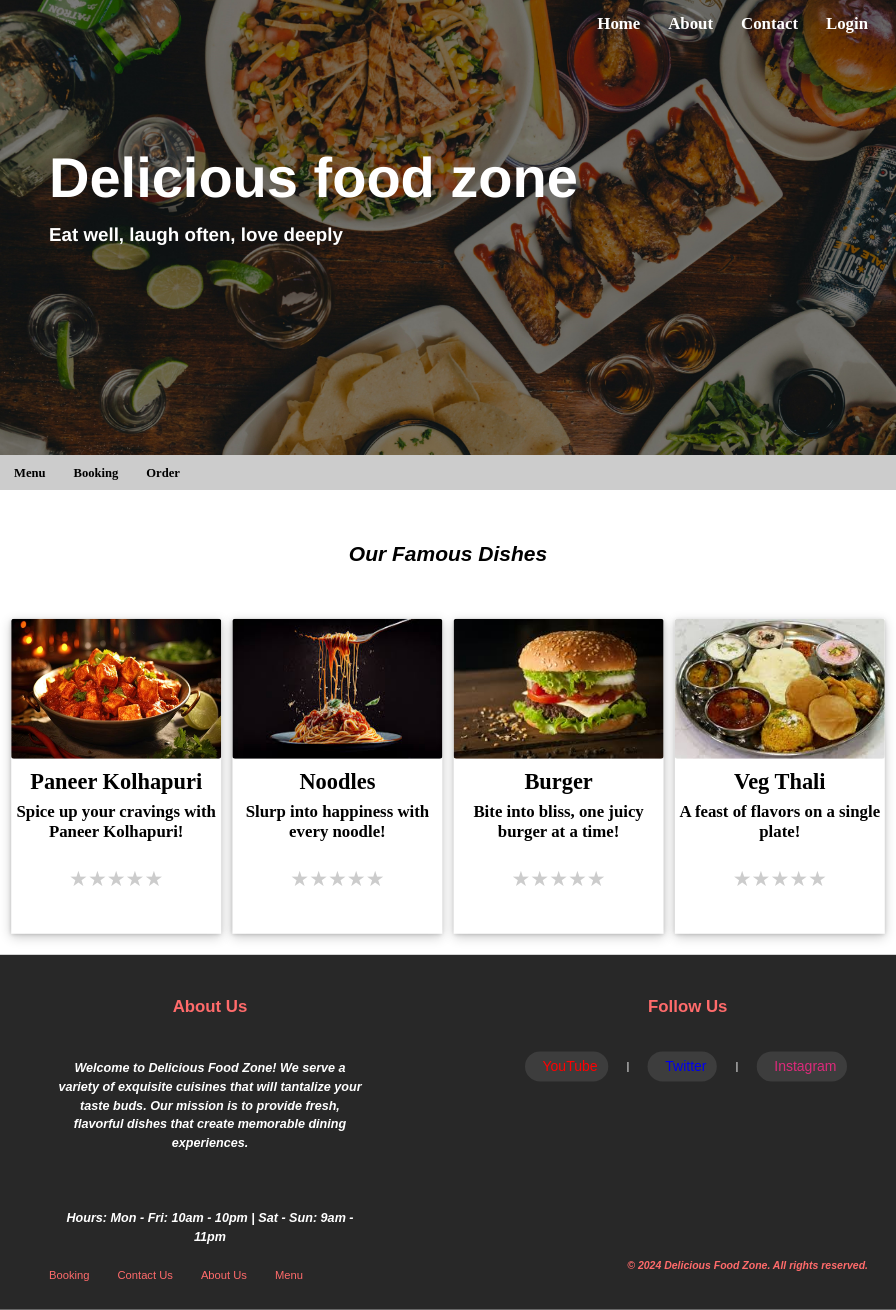
Repository: Shreya-Bonde/Restaurant-management-system
Page: index.html
These files come from the project's save history. The page is drawn as it stood at one moment and after a run of saves; the edit follows.
The browser window is 1280 px wide. The pictures show the whole page, at 70% of full size.

Above is the page before, as saved 2024-10-18 12:10:53.

### index.html
<!DOCTYPE html>
<html lang="en">
<head>
    <meta charset="UTF-8">
    <meta name="viewport" content="width=device-width, initial-scale=1.0">
    <title>Document</title>
    <link rel="stylesheet" href="style.css">
    <link rel="stylesheet" href="script.js">
</head>
<body>
    <header>
        <div class="banner-container">
                <nav class="navbar">
                    <ul>
                        <li><a href="#home">Home</a></li>
                        <li><a href="/about.html">About</a></li>
                        <li><a href="/contact.html">Contact</a></li>
                        <li><a href="/login.html">Login</a></li>
                        <!-- <li><a href="#">Sign up</a></li> -->
                    </ul>
                </nav>
                <div class="centered-text">
                    <h1>Delicious food zone</h1>
                    <h6>Eat well, laugh often, love deeply</h6>
                </div>
         </div>
         <div class="nav-bar">
            <nav>
                <a class="menu-btn" href="#famous-dishes" id="menu-link">Menu</a>
                <a class="menu-btn" href="/booking.html">Booking</a>
                <a class="menu-btn" href="order.html">Order</a>
            </nav>
         </div>
    </header>
        <p>Our Famous Dishes</p>
        <div id="famous-dishes" class="Flex">
            <div class="flex-item fitem1">
            <a href="/panner.html">
                <img src="paneer kolhapuri.jpg" alt="Paneer Kolhapuri">
                <h1>Paneer Kolhapuri</h1>
                <h2>Spice up your cravings with Paneer Kolhapuri!</h2>
            </a>
                <div class="rating">
                    <span class="star" data-value="5">&#9733;</span>
                    <span class="star" data-value="4">&#9733;</span>
                    <span class="star" data-value="3">&#9733;</span>
                    <span class="star" data-value="2">&#9733;</span>
                    <span class="star" data-value="1">&#9733;</span>
                </div>
            </div>
            <div class="flex-item fitem2">
            <a href="/noodles.html">
                <img src="noodles1.jpg" alt="Noodles">
                <h1>Noodles</h1>
                <h2>Slurp into happiness with every noodle!</h2>
            </a>
                <div class="rating">
                    <span class="star" data-value="5">&#9733;</span>
                    <span class="star" data-value="4">&#9733;</span>
                    <span class="star" data-value="3">&#9733;</span>
                    <span class="star" data-value="2">&#9733;</span>
                    <span class="star" data-value="1">&#9733;</span>
                </div>
            </div>
            <div class="flex-item fitem3">
            <a href="/burger.html">
                <img src="burger.jpg" alt="Burger">
                <h1>Burger</h1>
                <h2>Bite into bliss, one juicy burger at a time!</h2>
            </a>
                <div class="rating">
                    <span class="star" data-value="5">&#9733;</span>
                    <span class="star" data-value="4">&#9733;</span>
                    <span class="star" data-value="3">&#9733;</span>
                    <span class="star" data-value="2">&#9733;</span>
                    <span class="star" data-value="1">&#9733;</span>
                </div>
            </div>
            <div class="flex-item fitem4">
            <a href="/veg.html">
                <img src="veg thali.jpg" alt="veg thali">
                <h1>Veg Thali</h1>
                <h2>A feast of flavors on a single plate!</h2>
            </a>
                <div class="rating">
                    <span class="star" data-value="5">&#9733;</span>
                    <span class="star" data-value="4">&#9733;</span>
                    <span class="star" data-value="3">&#9733;</span>
                    <span class="star" data-value="2">&#9733;</span>
                    <span class="star" data-value="1">&#9733;</span>
                </div>
            </div>
        </div>


    <footer class="footer">
        <div class="footer-container">
            <div class="footer-about">
                <h2>About Us</h2>
                <p>
                    Welcome to Delicious Food Zone! We serve a variety of exquisite cuisines that will tantalize your taste buds. Our mission is to provide fresh, flavorful dishes that create memorable dining experiences.
                </p>
                <p>Hours: Mon - Fri: 10am - 10pm | Sat - Sun: 9am - 11pm</p>
            </div>



            <div class="footer-social">
                <h2>Follow Us</h2>
                <div class="social-icons">
                    <a href="https://www.facebook.com/yourrestaurant" target="_blank" aria-label="Facebook"><i class="fab fa-facebook-f"></i></a>
                    <a href="https://twitter.com/yourrestaurant" target="_blank" aria-label="Twitter"><i class="fab fa-twitter"></i></a>
                    <a href="https://www.instagram.com/yourrestaurant" target="_blank" aria-label="Instagram"><i class="fab fa-instagram"></i></a>
                    <a href="https://www.tripadvisor.com/Restaurant_Review-g1234567-d12345678-Your_Restaurant_Name" target="_blank" aria-label="TripAdvisor"><i class="fab fa-tripadvisor"></i></a>
                </div>

                <div class="sm-handle">
                    <a href="http://www.youtube.com/amandhattarwal" target="_blank" class="yt_handle"
                     rel="noopener noreferrer"> <i class="fa fa-youtube fa-lg yt_handle"></i>YouTube</a>&nbsp;&nbsp;|&nbsp;&nbsp;
                <a href="http://www.linkedin.com/in/dhatterwalaman" target="_blank" class="linkedin_handle"
                rel="noopener noreferrer"> <i class="fa fa-linkedin fa-lg linkedin_handle"></i>Twitter</a>&nbsp;&nbsp;|&nbsp;&nbsp;
                <a href="http://www.instagram.com/dhattarwalaman" target="_blank" class="insta_handle"
                 rel="noopener noreferrer"> <i class="fa fa-instagram fa-lg insta_handle"></i>Instagram</a>

                </div>
            </div>

            <div class="footer-bottom">
                <p>&copy; 2024 Delicious Food Zone. All rights reserved.</p>
            </div>

            <div class="footer-links">
                <a href="#famous-dishes">Menu</a>
                 <a href="about.html">About Us</a>
                 <a href="contact.html">Contact Us</a>
                 <a href="booking.html">Booking</a>
            </div>
        </div>



    </footer>
    <script src="script1.js"></script>
</body>
</html>

### style.css
* {
    box-sizing: border-box;
    margin: 0;
    padding: 0;
}
.banner-container {
    background-image: url(background1.jpg);
    background-repeat: no-repeat;
    background-size: cover;
    position: relative;
    width: 100%;
    height: 650px;
}
.navbar {
    position: absolute;
    top: 0;
    right: 0;
    padding: 20px;
}
.centered-text {
    position: absolute;
    top: 30%;
    left: 70px;
    color: white;
    line-height: 1.5;
    font-weight: bold;
    font-size: 2.5rem;
    font-family: 'Franklin Gothic Medium', 'Arial Narrow', Arial, sans-serif;
}
h6 {
    justify-content: center;
    margin-bottom: 20px;
}
nav ul {
    list-style-type: none;
    margin: 0;
    padding: 0;
    display: flex;
    justify-content: right;
    font-size: 1.5rem;
}
nav ul li {
    margin: 0 20px;
}
nav ul li a {
    color: white;
    text-decoration: none;
    font-weight: bold;
}
nav ul li a:hover {
    text-decoration: underline;
}
.nav-bar {
    display: flex;
    background-color: #cccccc;
    height: 50px;
    background-attachment: fixed;
}
.menu-btn {
    display: block;
    float: left;
    color: black;
    text-align: center;
    text-decoration: none;
    padding: 15px 20px;
    position: sticky;
    font-weight: bold;
    font-size: large;
}
.menu-btn:hover {
    background-color: #ddd;
    color: black;
}
.Flex {
    width: 100%;
    display: flex;
    flex-wrap: wrap;
    box-sizing: gray;
    align-items: center;
    justify-content: space-evenly;
}
.flex-item {
    box-shadow: 0 2px 6px 0 rgba(0,0,0,0.2), 0 4px 16px 0 rgba(0,0,0,0.2);
    margin: 0;
    padding: 0;
}
.flex-item img {
 width: 100%;
 object-fit: fill;
}
.flex-item {
    margin-top: 20px;
    margin-bottom: 30px;
    display: inline-block;
    background-color: white;
    width: 300px;
    height: 450px;
    text-align: center;
}
.flex-item:hover {
    transform: scale(1.05);
}
img {
    width: 100%;
    height: 200px;
    object-fit: fill;
    border-radius: 4px;
}
p {
    text-align: center;
    font-size: 30px;
    font-weight: bold;
    font-style: oblique;
    font-family: Arial, Helvetica, sans-serif;
    padding: 50px 20px 30px;
    text-decoration: none;
    margin-top: 25px;
    margin-bottom: 25px;
}
.flex-item h2 {
    line-height: 1.2;
}
.flex-item h1 {
    padding-top: 10px;
    padding-bottom: 10px;
}

.flex-item a {
    text-decoration: none;
    color: inherit; /* Keep the text color same as parent */
    display: block; /* Make the entire flex item block clickable */
}

.flex-item a:hover {
    color: inherit; /* Ensure hover doesn't change the text color */
}

.flex-item:hover {
    transform: scale(1.05);
}


/* Star rating styles */
.rating {
    display: flex;
    justify-content: center;
    margin-top: 35px;
}

.rating .star {
    font-size: 30px;
    cursor: pointer;
    color: #ccc; /* Default star color */
    transition: color 0.2s ease;
}

.rating .star:hover,
.rating .star.active {
    color: #ffcc00; /* Star color on hover and when active */
}

/* "selected" stars keep the color yellow even after hover */
.rating .star.selected {
    color: #ffcc00; /* Permanent yellow color after selection */
}


footer {
    background-color: #282828;
    color: #fff;
    padding: 40px 20px;
    text-align: center;
    font-family: 'Arial', sans-serif;
}

.footer-container {
    display: flex;
    position: relative;
    justify-content: space-between;
    flex-wrap: wrap;
    max-width: 1200px;
    margin: 0 auto;
    padding: 20px;
}

.footer-about,
.footer-links,
.footer-social {
    flex: 1;
    min-width: 250px;
}

.footer-about h2,
.footer-links h2,
.footer-social h2 {
    color: #ff6b6b;
    margin-bottom: 10px;
}

.footer-about p {
    text-decoration: none;
    line-height: 1.5;
    font-size: 18px;
    margin: 0;
}
.footer-links {
    position: absolute;
    bottom: 0;
    left: 10px;
    margin-top: 0px; /* Add some space above the links */
    padding-left: 0;
}

.footer-links a {
    display: block;
    float: right;
    color: white;
    text-align: center;
    text-decoration: none;
    padding: 0 20px;
    margin-left: 0;
    position: sticky;
    color: #ff6b6b;
    text-decoration: none;
    transition: color 0.3s ease;
}

.footer-links a:hover {
    color: #fff;
}
/* .footer-links a { */
    /* display: inline-block; */
    /* margin-right: 10px; Spacing between the links */
    /* text-decoration: none; */
    /* color: #333; You can change the color if needed */
/* } */

/* .footer-links a:hover { */
    /* color: #007BFF; Hover effect on links */
/* } */
.footer-social {
    margin-left: 200px; /* Adjust this value to shift further or less */
}
.footer-social .social-icons {
    display: flex;
    justify-content: center;
    margin-top: 10px;
}
.footer-social h2 {
    margin-bottom: 35px;
    margin-left: 5px; /* Adjust this value to control the shift */
}
.footer-social .social-icons a {
    color: #ff6b6b;
    margin-left: 10px;
    font-size: 24px;
    transition: color 0.3s ease;
}

.footer-social .social-icons a:hover {
    color: #fff;
}
.sm-handle {
    display: flex;          /* Use flexbox to align items horizontally */
    flex-wrap: nowrap;      /* Prevent items from wrapping to the next line */
    justify-content: space-between; /* Add space between items */
    align-items: center;    /* Center them vertically */
    margin-top: 10px;       /* Add some space above the sm-handle */
}
.sm-handle a {
    background-color: rgb(125 125 125 / 25%);
    padding: 10px 15px;
    border-radius: 30px;
    margin: 5px 10px;
    text-decoration: none;
    font-size: 1.25em;
}

.sm-handle a:hover {
    background-color: rgb(30 30 30 / 25%);
}

.sm-handle a i {
    margin: 5px;
}
.yt_handle {
    color: #FF0000;
}

.twitter_handle {
    color: #48b7ea;
}

.insta_handle {
    color: #dd2a7b;
}

.footer-bottom {
    position: absolute; /* Position the copyright notice */
    bottom: 10px; /* Align near the bottom */
    right: 0; /* Align to the rightmost corner */
    color: #ff6b6b; /* Same color as the links */

}

.footer-bottom p {
    margin: 0; /* Remove margin */
    padding: 5px 0; /* Add some padding */
    font-size: 15px;
    right: 0;
    margin-left: 0;
}

/* Responsive styling */
@media (max-width: 768px) {
    .flex-item {
        width: 100%; /* Full width on smaller screens */
        margin-bottom: 20px;
    }
}

### script.js
document.addEventListener('DOMContentLoaded', function () {
    const stars = document.querySelectorAll('.star');

    stars.forEach(star => {
        // Click event to set the rating permanently
        star.addEventListener('click', function () {
            const rating = this.getAttribute('data-value');

            // Remove selected class from all stars
            stars.forEach(s => s.classList.remove('selected'));

            // Add selected class to the clicked star and all previous stars
            this.classList.add('selected');
            let previous = this.previousElementSibling;
            while (previous) {
                previous.classList.add('selected');
                previous = previous.previousElementSibling;
            }
        });

        // Hover effect to preview rating
        star.addEventListener('mouseover', function () {
            // Remove active class from all stars (hover preview effect)
            stars.forEach(s => s.classList.remove('active'));

            // Add active class to hovered star and all previous stars
            this.classList.add('active');
            let previous = this.previousElementSibling;
            while (previous) {
                previous.classList.add('active');
                previous = previous.previousElementSibling;
            }
        });

        // Remove hover effect but retain the selected stars
        star.addEventListener('mouseout', function () {
            // Remove active class from all stars (clear hover effect)
            stars.forEach(s => s.classList.remove('active'));

            // Re-apply selected class to keep stars yellow after rating
            stars.forEach(s => {
                if (s.classList.contains('selected')) {
                    s.classList.add('active');
                }
            });
        });
    });
});

### script1.js
// Highlight stars based on clicks
function highlightStars(event) {
    const stars = event.currentTarget.querySelectorAll('.star');
    const selectedValue = event.target.getAttribute('data-value');

    stars.forEach((star) => {
        if (star.getAttribute('data-value') <= selectedValue) {
            star.classList.add('selected'); // Add a class to highlight the star
        } else {
            star.classList.remove('selected'); // Remove highlight from unselected stars
        }
    });
}

After the next 3 saves:
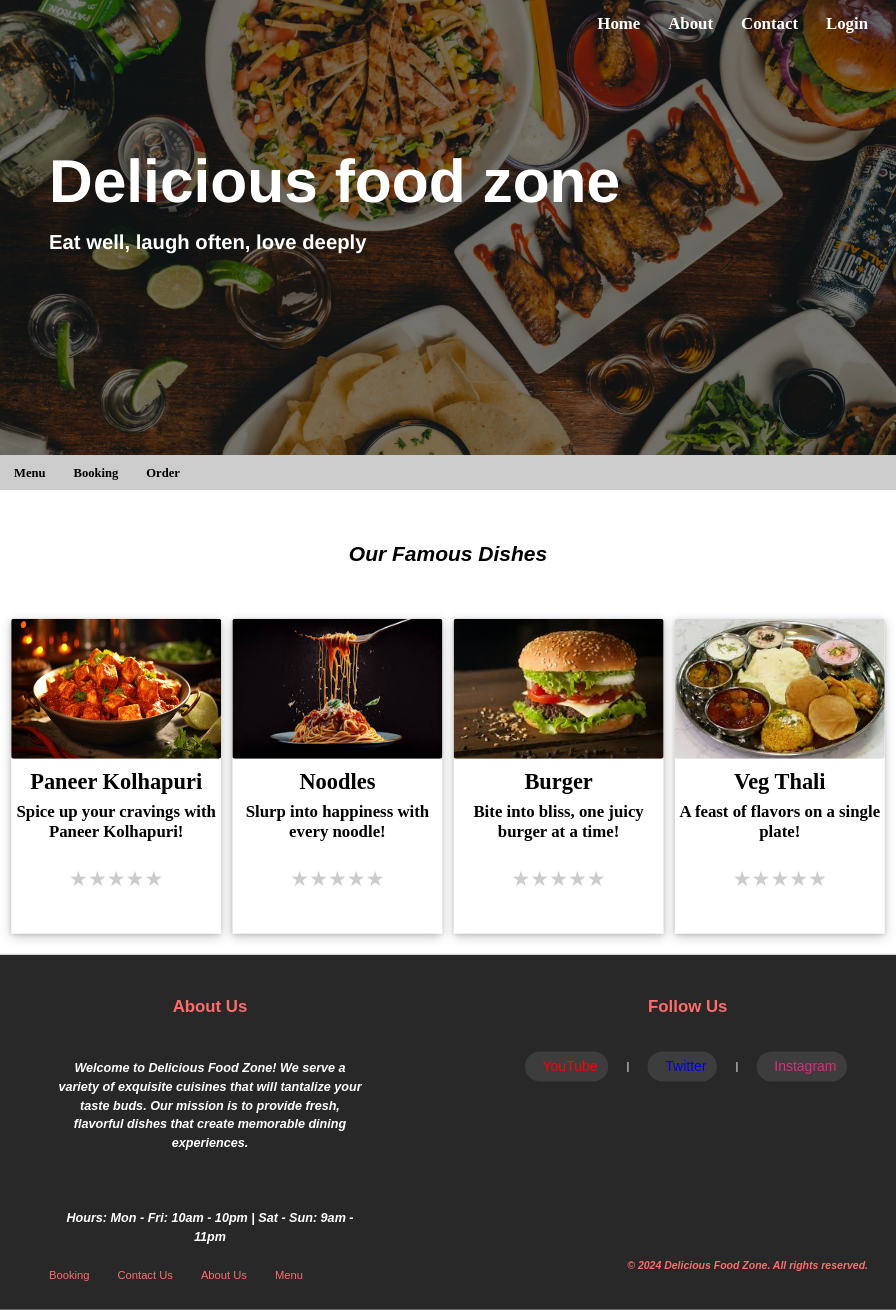
The 3 saves are shown as one change because they came seconds apart.
The last was saved 23 s later.
--- a/style.css
+++ b/style.css
@@ -24,7 +24,7 @@
     color: white;
     line-height: 1.5;
     font-weight: bold;
-    font-size: 2.5rem;
+    font-size: 2.7rem;
     font-family: 'Franklin Gothic Medium', 'Arial Narrow', Arial, sans-serif;
 }
 h6 {
